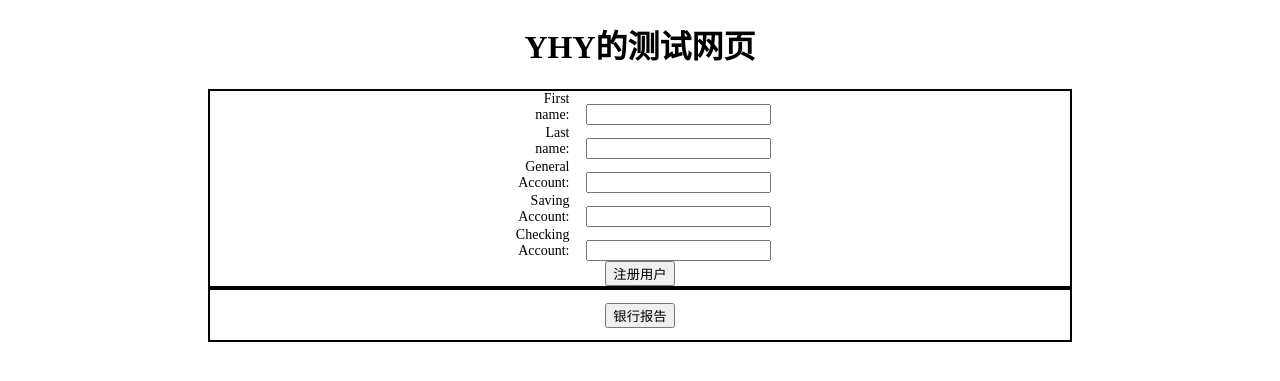
Repository: Darkmoon1/Bank-java-
Page: Bank/myBank/WebContent/home.html
An editor plug-in stored every save of this project. The page is shown before and after the next save, followed by the edit.
The browser window is 1280 px wide. The pictures show the whole page.

Above is the page before, as saved 2017-07-13 18:17:47.

After the next save:
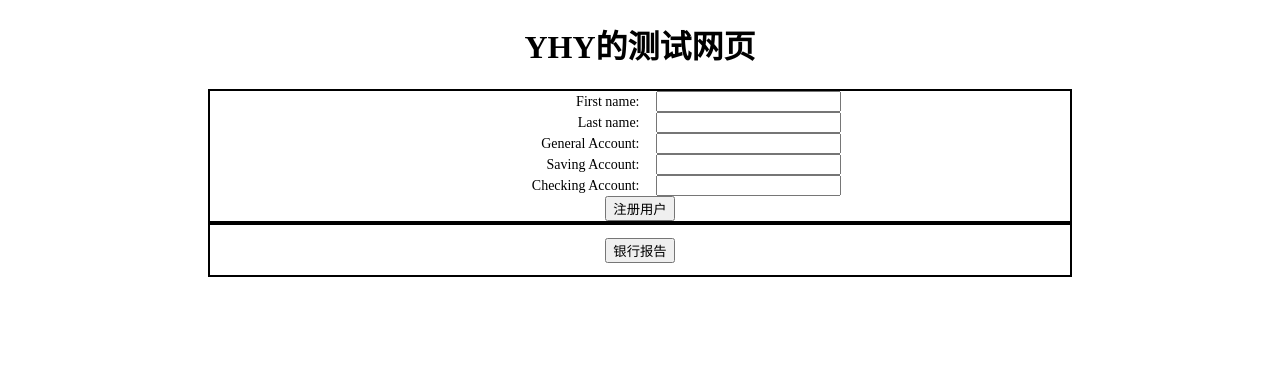
Saved 16 s later.
--- a/Bank/myBank/WebContent/home.html
+++ b/Bank/myBank/WebContent/home.html
@@ -28,7 +28,7 @@
     }
     label{
     	display: inline-block;
-  		width: 60px;
+  		width: 200px;
     	margin-right: 12px;
     	vertical-align: baseline;
     	text-align: right;
